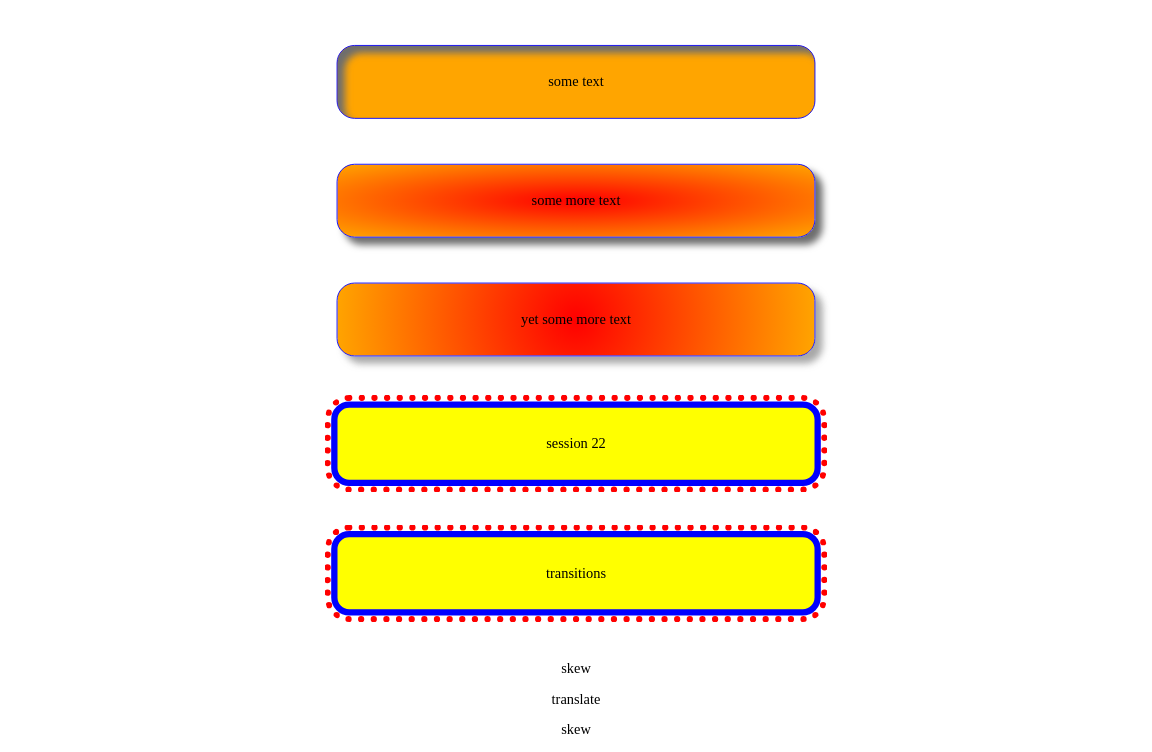
Repository: jksfoTemp/html-css-js
Page: -HTML5/html5Demos/default.8.html
The author's editor kept a record of every edit. The page is drawn from the files as they stood at one moment, then again after the next edit.
The browser window is 1280 px wide. The pictures show the whole page, at 90% of full size.

Above is the page before.

After the next edit:
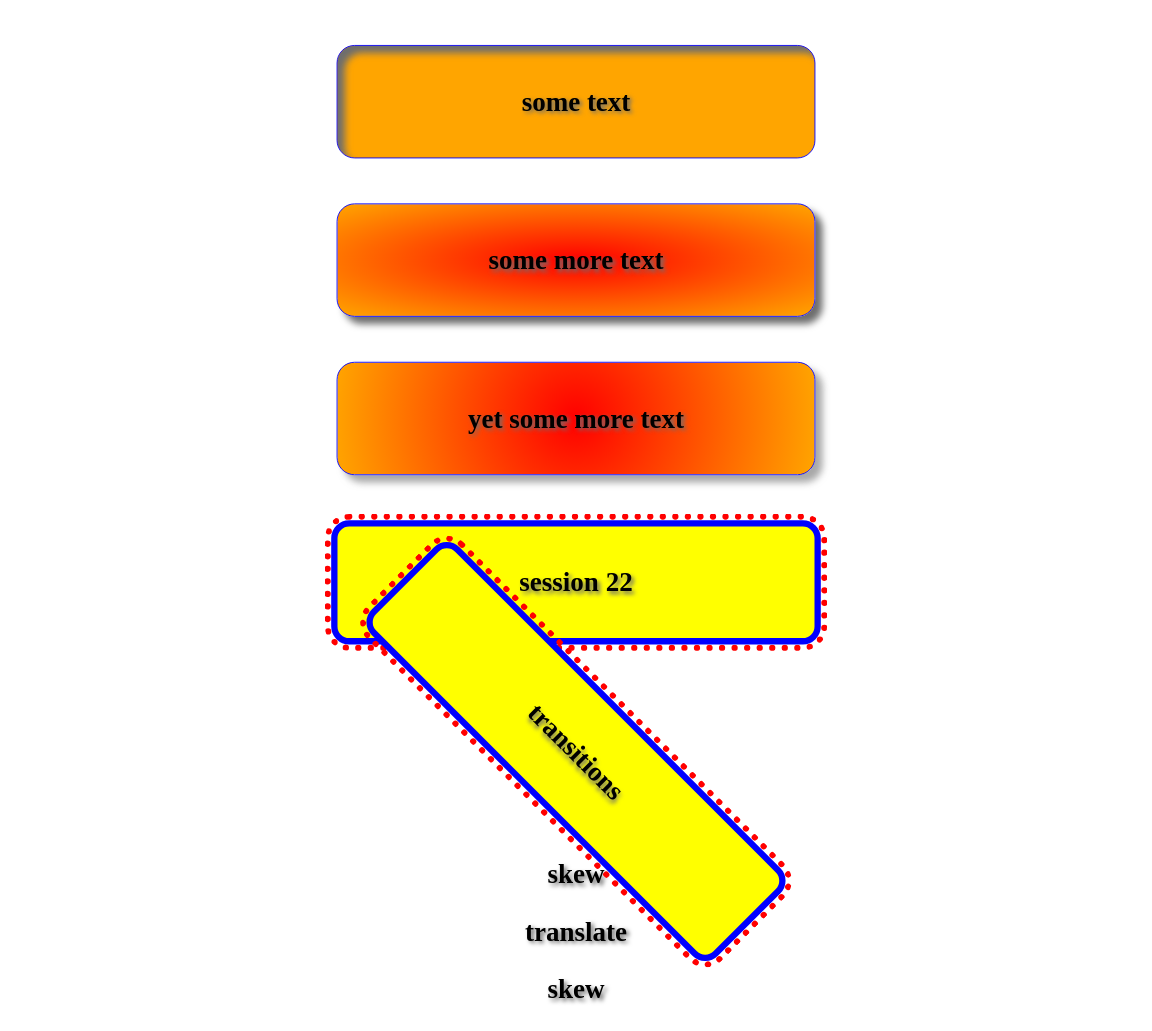
The edit:
--- a/-HTML5/css/default.8.css
+++ b/-HTML5/css/default.8.css
@@ -69,8 +69,26 @@
     outline: 7px dotted red;
     /*-webkit-transform:scale(1.5);
     -webkit-transform:scale(1, 3);
-    -webkit-transform:scale(-1,1);
-    -webkit-transform:rotate(45);
+    -webkit-transform:scale(-1,1);*/
+    -webkit-transform:rotate(45deg);
+
+}
+
+
+#box5 {
+    display:  box;
+    width: 500px;
+    margin: 50px auto;
+    padding: 15px;
+    text-align: center;
+    border: 7px solid blue;
+    background: yellow;
+    border-radius: 20px;
+    outline: 7px dotted red;
+    /*-webkit-transform:scale(1.5);
+    -webkit-transform:scale(1, 3);
+    -webkit-transform:scale(-1,1);*/
+    -webkit-transform:rotate(45deg);
 
 }
 
